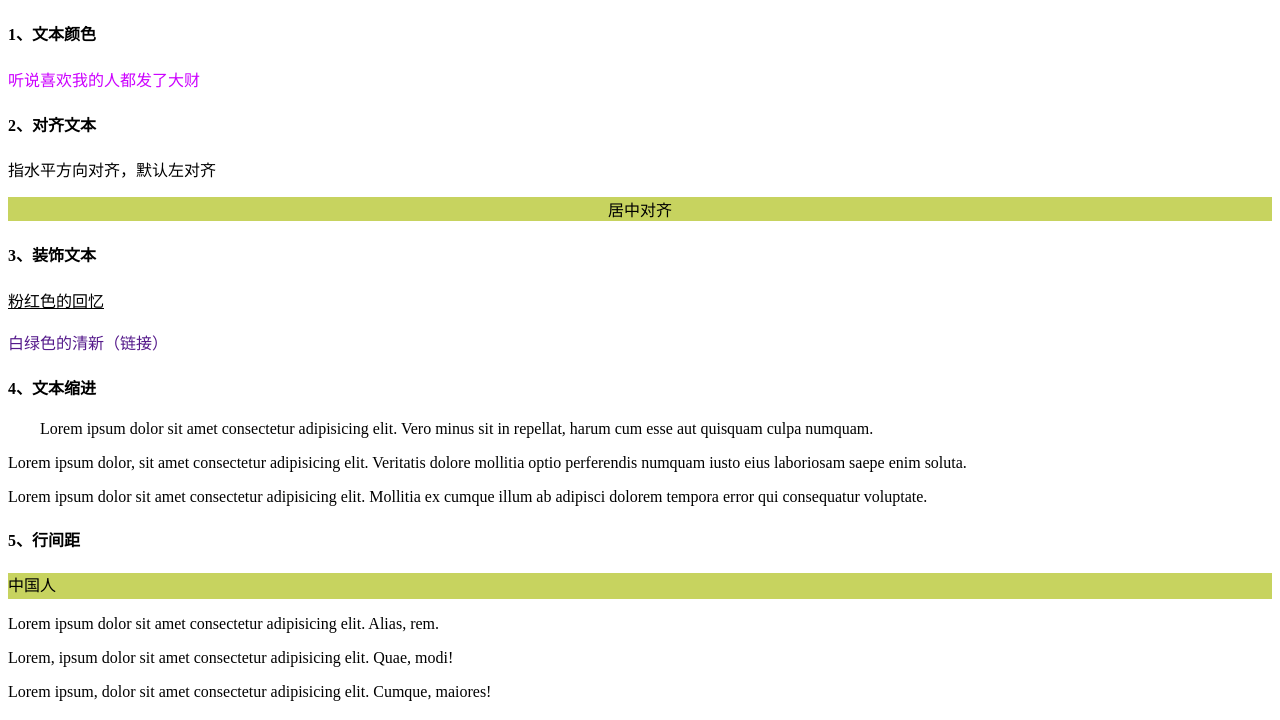
Repository: zhengdeya/web-based
Page: 14-CSS文本属性.html
These files come from the project's save history. The page is drawn as it stood at one moment and after the next save; the edit follows.
The browser window is 1280 px wide. The pictures show the whole page.

Above is the page before, as saved 2021-03-28 15:12:49.

### 14-CSS文本属性.html
<!DOCTYPE html>
<html lang="en">
<head>
    <meta charset="UTF-8">
    <meta http-equiv="X-UA-Compatible" content="IE=edge">
    <meta name="viewport" content="width=device-width, initial-scale=1.0">
    <title>CSS文本属性</title>
    <style>
        .Bcolor {
            background-color: rgb(199, 211, 95);
        }
        .color1 {
            /* 1、设置文本颜色 */
            /* color: pink;预定义的颜色值 */
            color: #cc00ff;/*十六进制用的最多*/
            /* color: rgb(255,0,0);RGB代码 */
        }

        /* 2、对齐文本 */
        .Tcenter {
            /* 居中对齐 */
            text-align: center;
        }
        /* 3、装饰文本 */
        .line {
            /* 下划线 */
            text-decoration: underline;
            /* 删除线 */
            /* text-decoration: line-through; */
            /* 上划线 */
            /* text-decoration: overline; */
        }
        a {
            /* 取消链接的下划线 */
            text-decoration: none;
        }

        /* 4、文本缩进/ */
        .suojin {
            /* 缩进20px */
            /* text-indent: 20px; */
            /* text-indent: -20px; */
            text-indent: 2em;
            /* em是相对单位，即当前元素(font-size)一个文字的大小 */
        }

        /* 5、行间距 */
        .hangjianju {
            /* 行高 */
            line-height: 26px;
        }
    </style>
</head>
<body>
    <h4>1、文本颜色</h4>
    <div class="color1">听说喜欢我的人都发了大财</div>

    <h4>2、对齐文本</h4>
    <p>指水平方向对齐，默认左对齐</p>
    <div>
        <p class="Bcolor Tcenter">居中对齐</p>
    </div>

    <h4>3、装饰文本</h4>
    <div class="line">粉红色的回忆</div>
    <br>
    <a href="">白绿色的清新（链接）</a>

    <h4>4、文本缩进</h4>
    <p class="suojin">Lorem ipsum dolor sit amet consectetur adipisicing elit. Vero minus sit in repellat, harum cum esse aut quisquam culpa numquam.</p>
    <p>Lorem ipsum dolor, sit amet consectetur adipisicing elit. Veritatis dolore mollitia optio perferendis numquam iusto eius laboriosam saepe enim soluta.</p>
    <p>Lorem ipsum dolor sit amet consectetur adipisicing elit. Mollitia ex cumque illum ab adipisci dolorem tempora error qui consequatur voluptate.</p>

    <h4>5、行间距</h4>
    <div class="Bcolor hangjianju">中国人</div>
    <p>Lorem ipsum dolor sit amet consectetur adipisicing elit. Alias, rem.</p>
    <p>Lorem, ipsum dolor sit amet consectetur adipisicing elit. Quae, modi!</p>
    <p>Lorem ipsum, dolor sit amet consectetur adipisicing elit. Cumque, maiores!</p>
</body>
</html>

After the next save:
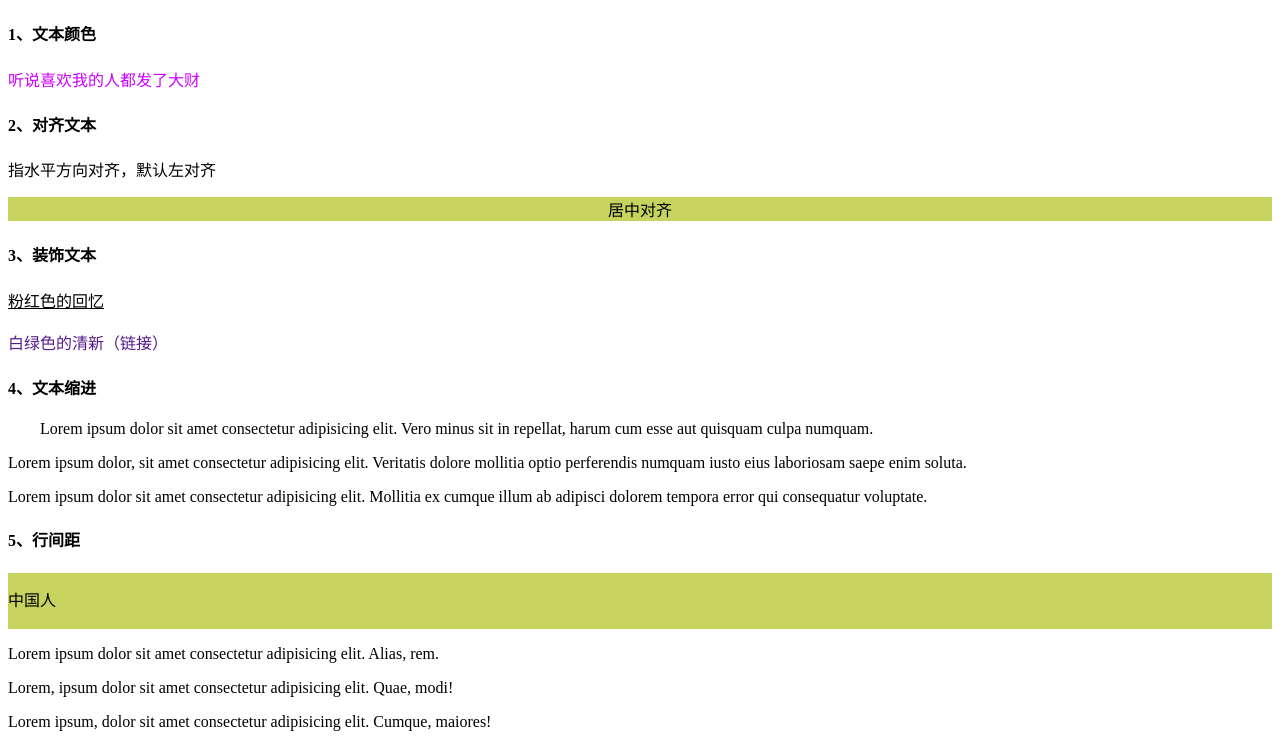
Saved 13 s later.
--- a/14-CSS文本属性.html
+++ b/14-CSS文本属性.html
@@ -47,7 +47,7 @@
         /* 5、行间距 */
         .hangjianju {
             /* 行高 */
-            line-height: 26px;
+            line-height: 56px;
         }
     </style>
 </head>
